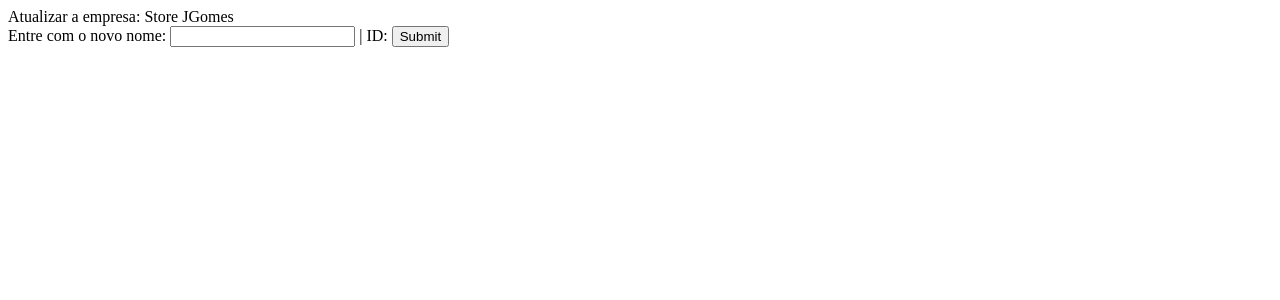
Repository: EmersonRGomes/study
Page: http://localhost/gerenciadorstudy/mostraEmpresa?id=1
These files come from the project's save history. The page is drawn as it stood at one moment and after the next save; the edit follows.
The browser window is 1280 px wide. The pictures show the whole page.
The page is served by Tomcat 9.

Above is the page before, as saved 2022-08-01 20:46:57.

After the next save:
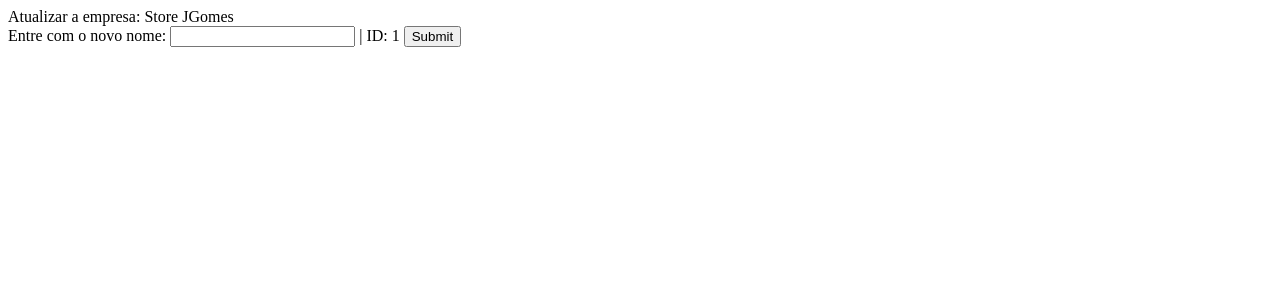
Saved 28 s later.
--- a/gerenciadorstudy/webContent/FormAlteraEmpresa.jsp
+++ b/gerenciadorstudy/webContent/FormAlteraEmpresa.jsp
@@ -13,7 +13,7 @@
 
 		Atualizar a empresa: ${empresa.nome} </br>
 		Entre com o novo nome: <input type="text" name="nome">
-		| ID: <input type="hidden" name="id" value="${empresa.id}">
+		| ID: ${empresa.id}<input type="hidden" name="id" value="${empresa.id}">
 			  <input type="submit">
 	</form>
 </body>
